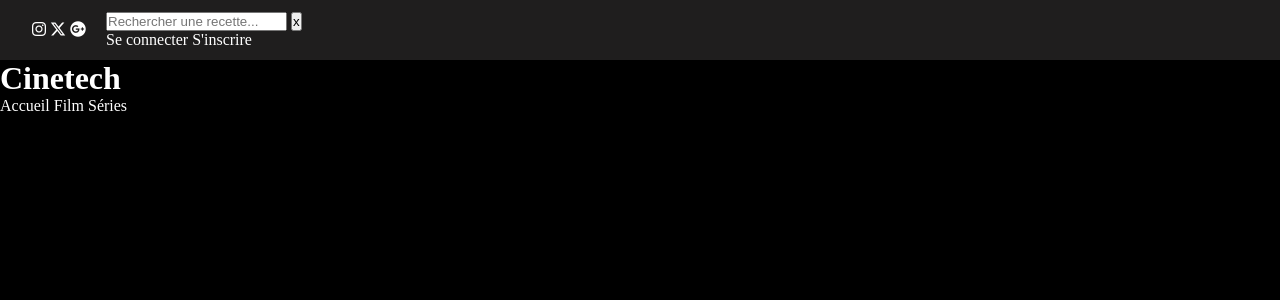
Repository: karim-sebih/cinetech
Page: index.html
The author's editor kept a copy of each file at every save. The page is drawn from the files as they stood at one save, then again after the next save.
The browser window is 1280 px wide. The pictures show the whole page.
Some web libraries are served in a nearby version.

Above is the page before, as saved 2025-04-21 12:54:09.

### index.html
<!DOCTYPE html>
<html lang="fr">
<head>
    <meta charset="UTF-8">
    <meta name="viewport" content="width=device-width, initial-scale=1.0">
    <link rel="stylesheet" href="styles/index.css">
    <script src="https://kit.fontawesome.com/ca3234fc7d.js" crossorigin="anonymous"></script>
</script>
    <title>Cinetech</title>
</head>
<body>
    <header>
        <nav class="navbar">
            <div class="buttons">
                <a href="#"><i class="fa-brands fa-instagram"></i></a>

                <a href="#"><i class="fa-brands fa-x-twitter"></i></a>

                <a href="#"><i class="fa-brands fa-google-plus"></i></a>
            </div>
            <div class="search-container">
                <input type="text" id="search-bar" placeholder="Rechercher une recette..." autocomplete="off">
                <button id="clear-search">x</button>
                <div id="suggestions" class="suggestion-box"></div>

                <div class="sign">
                    <a href="#">Se connecter</a>
                    <a href="#">S'inscrire</a>
                </div>
        </nav>
    </header>
    <div class="secondnav">
        <div class="logo">
            <H1>Cinetech</H1>
        </div>
        <div class="nav">
            <a href="/index.html">Accueil</a>

            <a href="./pages/film.html">Film</a>

            <a href="./pages/séries.html">Séries</a>
        </div>
    </div>

</body>

<script src="./js/index.js"></script>


</html>

### styles/index.css
* {
    margin: 0;
    padding: 0;
    box-sizing: border-box;
  }


  a {
    text-decoration: none;
    color: white;
    font-family: "kodchasan";
  }

  body {
    margin: 0;
    width: 100%;
    min-height: 100vh;
    overflow-x: auto;
    background-color: black;
    color: white;
  }

  /* Nav bar */

  a{
    text-decoration: none;
    color: white;
  }

  a:hover{
  color: red;
  }

  header{
  position: relative;
  padding: 0 2rem;
  background-color: rgb(31, 30, 30);
  }

  .navbar {
  width: 100%;
  max-width: 1200px;
  height: 60px;
  margin: 0;
  display: flex;
  align-items: center;
gap: 20px;

  }

Loaded but not shown: js/index.js (no copy from this time; the picture is the same without it)

After the next save:
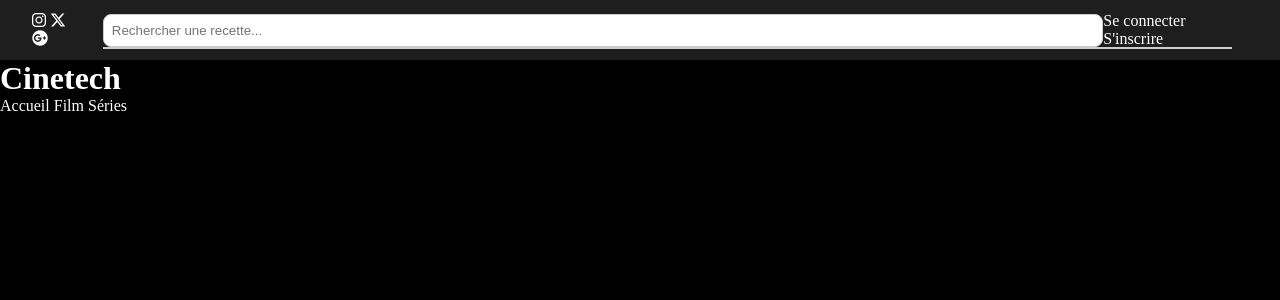
Saved 87 s later.
--- a/styles/index.css
+++ b/styles/index.css
@@ -47,3 +47,59 @@
 gap: 20px;
 
   }
+
+
+
+.search-container {
+  position: relative;
+  width: 100%;
+  display: flex;
+  align-items: center;
+}
+
+#search-bar {
+  width: 100%;
+  padding: 8px;
+  border: 1px solid #ccc;
+  border-radius: 8px;
+  padding-right: 30px;
+}
+
+#clear-search {
+  position: absolute;
+  right: 8px;
+  background: transparent;
+  border: none;
+  font-size: 16px;
+  cursor: pointer;
+  display: none; /* Caché par défaut */
+}
+
+.suggestion-box {
+  position: absolute;
+  width: 100%;
+  background: white;
+  border: 1px solid #ccc;
+  max-height: 150px;
+  overflow-y: auto;
+  z-index: 1000;
+  top: 35px;
+}
+
+.suggestion-item {
+  padding: 8px;
+  cursor: pointer;
+}
+
+.suggestion-item:hover {
+  background: #f0f0f0;
+}
+
+#clear-search {
+  background: none;
+  border: none;
+  font-size: 20px;
+  color: black; /* X en noir */
+  cursor: pointer;
+  margin-bottom: 12px;
+}
